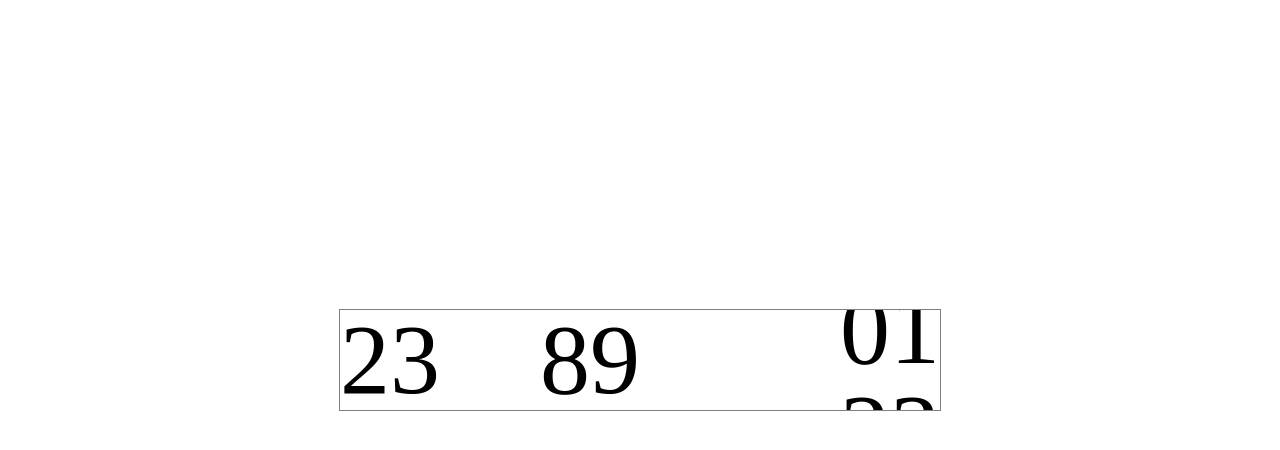
Repository: cbtpro/javascript
Page: src/animation-time/index.html
These files come from the project's save history. The page is drawn as it stood at one moment and after the next save; the edit follows.
The browser window is 1280 px wide. The pictures show the whole page.

Above is the page before, as saved 2023-04-05 17:44:37.

### src/animation-time/index.html
<!DOCTYPE html>
<html lang="zh" dir="ltr">

<head>
  <meta charset="utf-8">
  <title>动画时间</title>
  <style type="text/css">
    * {
      margin: 0;
      padding: 0;
    }
    html,
    body {
      margin: 0;
    }

    .container {
      position: absolute;
      font-size: 100px;
      top: 50%;
      left: 50%;
      width: 6em;
      height: 1em;
      transform: translate(-50%, -50%);
      border: 1px gray solid;
      overflow: hidden;
    }

    .time-block {
      float: left;
      position: relative;
      width: 1em;
      line-height: 1em;
      text-align: center;
      word-wrap: break-word;
      transition: top 0.5s;
    }
  </style>
  <script type="text/javascript">
    /**
    * 生成安全随机数
    * @param {*} min 最小值（包含）
    * @param {*} max 最大值（包含）
    * @param {*} isFloat 是否带小数
    * @returns {number} 范围内随机数
    */
    const random = function (min = 0, max = 100, isFloat = false) {
      const array = new Uint32Array(1)
      const maxUint = 0xffffffff
      const randomNumber = crypto.getRandomValues(array)[0] / maxUint
      const randomRangeValue = (max - min + 1) * randomNumber + min
      return isFloat ? randomRangeValue : Math.floor(randomRangeValue)
    }
    // window.onload = () => {
    //   let timeBlocks = document.querySelectorAll('.time-block')
    //   setInterval(() => {
    //     let now = new Date()
    //     let timeStr = `${now.getHours()}${now.getMinutes()}${now.getSeconds()}`
    //     Array.from(timeStr, (num, i) => {
    //       let n = Number(num);
    //       timeBlocks.item(i).style.top = -83 * n + 'px';
    //     })
    //   }, 1000)
    // }
    const tick = (timeBlocks) => {
      let now = new Date()
      let timeStr = `${now.getHours()}${now.getMinutes()}${now.getSeconds()}`
      console.log(timeStr);
      Array.from(timeStr, (num, i) => {
        let n = Number(num);
        timeBlocks.item(i).style.top = -1 * n + 'em';
      })
    }
    const start = () => {
      let timeBlocks = document.querySelectorAll('.time-block')
      window.setTimeout(() => {
        tick(timeBlocks);
        start();
      }, 1000)
    };
    window.onload = () => {
      start();
    }
  </script>
</head>

<body>
  <div class="container">
    <div class="time-block">0123456789</div>
    <div class="time-block">0123456789</div>
    <div class="time-block">0123456789</div>
    <div class="time-block">0123456789</div>
    <div class="time-block">0123456789</div>
    <div class="time-block">0123456789</div>
  </div>
</body>

</html>

After the next save:
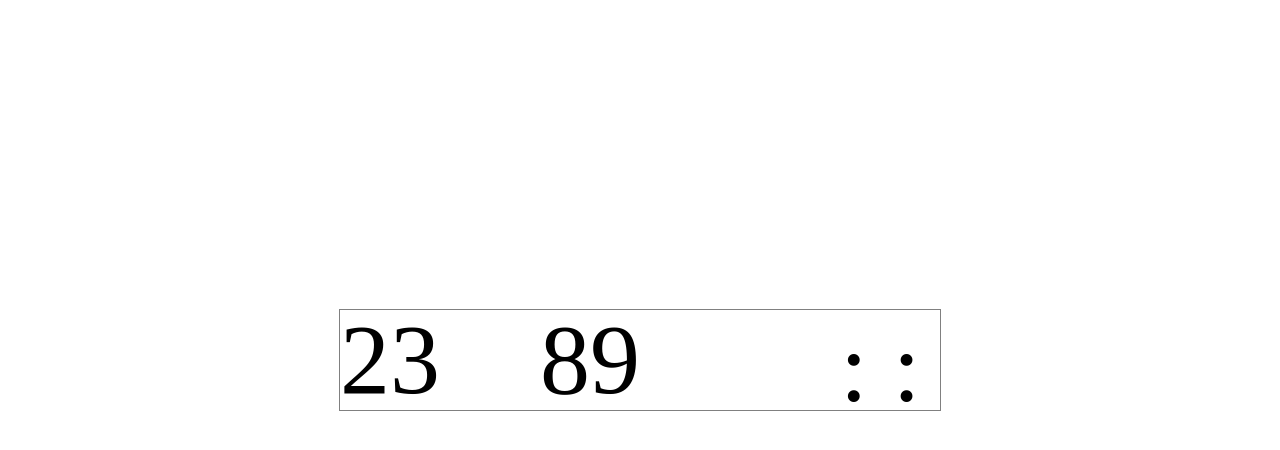
Saved 28 s later.
--- a/src/animation-time/index.html
+++ b/src/animation-time/index.html
@@ -87,9 +87,9 @@
 <body>
   <div class="container">
     <div class="time-block">0123456789</div>
+    <div class="time-block">0123456789</div>:
     <div class="time-block">0123456789</div>
-    <div class="time-block">0123456789</div>
-    <div class="time-block">0123456789</div>
+    <div class="time-block">0123456789</div>:
     <div class="time-block">0123456789</div>
     <div class="time-block">0123456789</div>
   </div>
